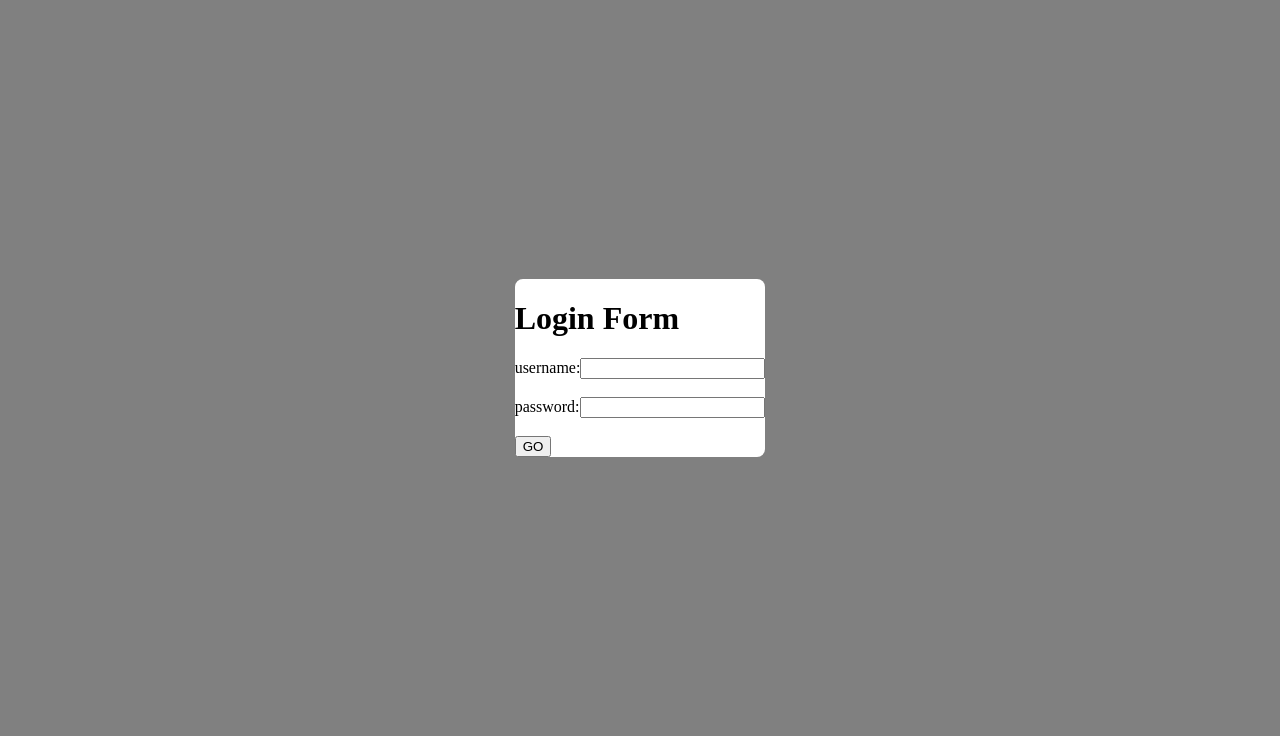
Repository: VIJAYkollu-7568/rakhi
Page: jsp/src/main/webapp/login.html
The author's editor kept a copy of each file at every save. The page is drawn from the files as they stood at one save, then again after the next save.
The browser window is 1280 px wide. The pictures show the whole page.

Above is the page before, as saved 2024-11-07 09:20:25.

### jsp/src/main/webapp/login.html
<!DOCTYPE html>
<html>
<head>
<meta charset="UTF-8">
<title>login</title>
</head>
<style>

body{
display: flex;
background-color:grey;
min-height: 100vh;
justify-content:center;
align-items: center;

}
form{
background-color:white;
align-items: center;
border-radius:8px;

}
</style>
<body>

<form  action="login.jsp">
<h1>Login Form</h1>
username:<input type ="text" name="username" required><br><br>
password:<input type="password" name="password" required><br><br>
<button type="submit">GO</button>
</form>
</body>
</html>

After the next save:
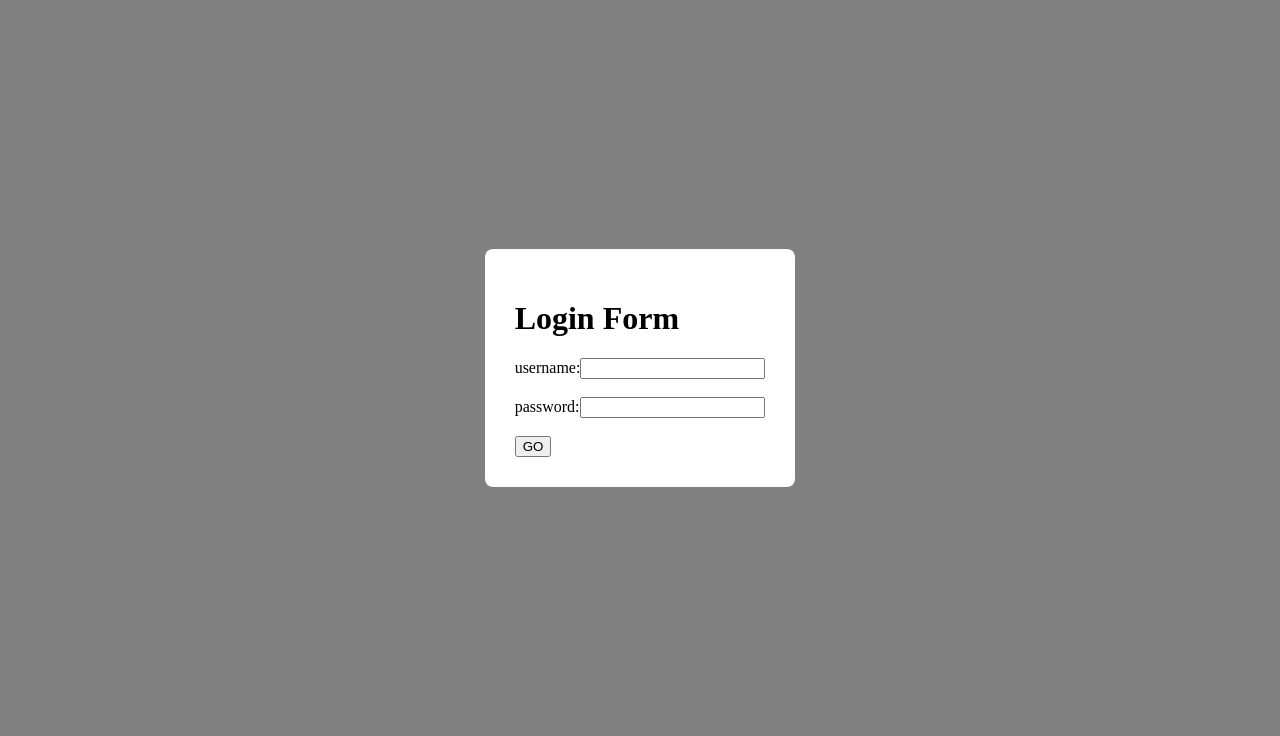
Saved 15 s later.
--- a/jsp/src/main/webapp/login.html
+++ b/jsp/src/main/webapp/login.html
@@ -18,6 +18,7 @@ form{
 background-color:white;
 align-items: center;
 border-radius:8px;
+padding:30px;
 
 }
 </style>
